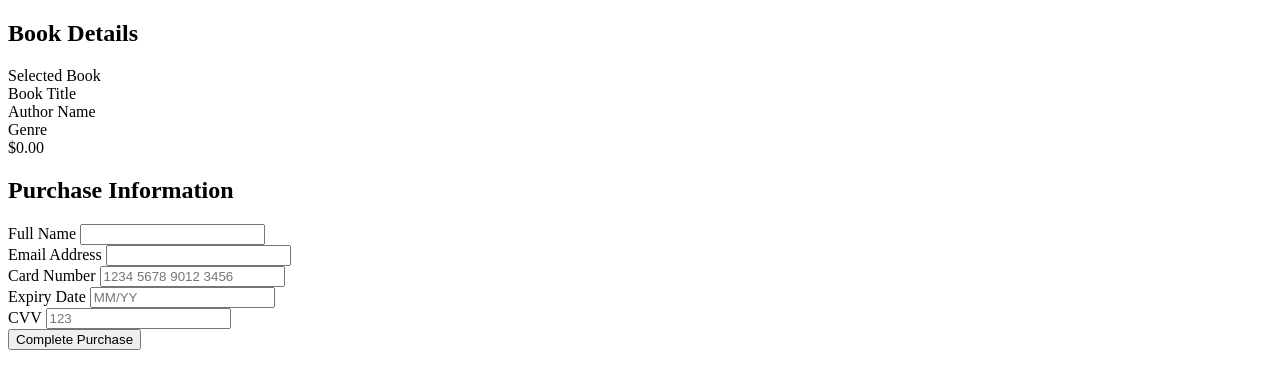
Repository: Ibrahim-Abohola/BookStore
Page: purchase.html
The author's editor kept a copy of each file at every save. The page is drawn from the files as they stood at one save, then again after a run of saves.
The browser window is 1280 px wide. The pictures show the whole page.

Above is the page before, as saved 2025-07-15 19:33:37.

### purchase.html
<!DOCTYPE html>
<html lang="en">
    <head>
    <meta charset="UTF-8">
    <meta name="viewport" content="width=device-width, initial-scale=1.0">
    <title>Purchase</title>
    </head>
    <body>
        <div class="purchase-container">
            <div class="container">
                <div class="purchase-content">
                    <div class="book-details">
                        <h2>Book Details</h2>
                        <div class="book-cover" id="purchase-cover">Selected Book</div>
                        <div class="book-info">
                            <div class="book-title" id="purchase-title">Book Title</div>
                            <div class="book-author" id="purchase-author">Author Name</div>
                            <div class="book-genre" id="purchase-genre">Genre</div>
                            <div class="price" id="purchase-price">$0.00</div>
                        </div>
                    </div>

                    <div class="purchase-form-container">
                        <form class="purchase-form">
                            <h2>Purchase Information</h2>
                            <div class="form-group">
                                <label for="customer-name">Full Name</label>
                                <input type="text" id="customer-name" name="customer-name" required>
                            </div>

                            <div class="form-group">
                                <label for="customer-email">Email Address</label>
                                <input type="email" id="customer-email" name="customer-email" required>
                            </div>

                            <div class="form-group">
                                <label for="card-number">Card Number</label>
                                <input type="text" id="card-number" name="card-number" placeholder="1234 5678 9012 3456" required>
                            </div>

                            <div class="form-group">
                                <label for="expiry">Expiry Date</label>
                                <input type="text" id="expiry" name="expiry" placeholder="MM/YY" required>
                            </div>

                            <div class="form-group">
                                <label for="cvv">CVV</label>
                                <input type="text" id="cvv" name="cvv" placeholder="123" required>
                            </div>

                            <button type="submit" class="purchase-btn">Complete Purchase</button>
                        </form>
                    </div>
                </div>
            </div>
        </div>
    </body>
</html>

After the next 2 saves:
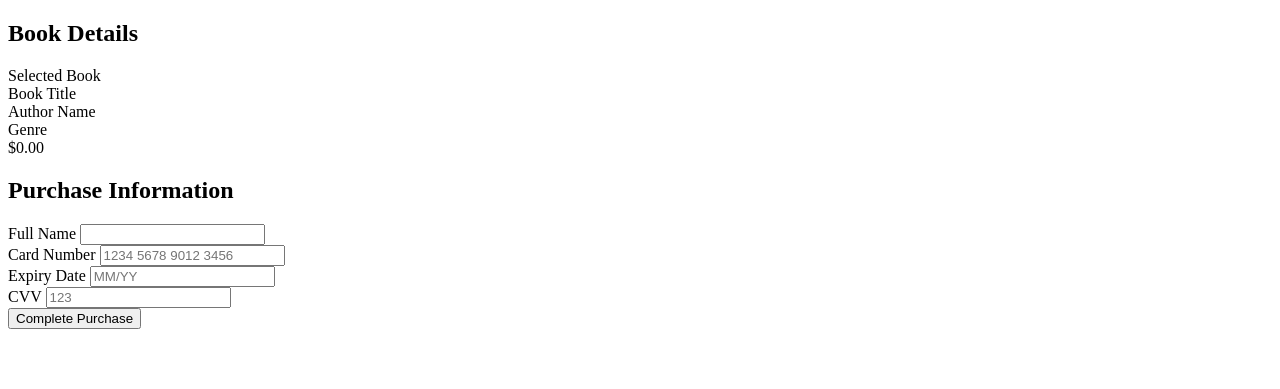
The 2 saves are shown as one change because they came seconds apart.
The last was saved 13 s later.
--- a/purchase.html
+++ b/purchase.html
@@ -27,12 +27,6 @@
                                 <label for="customer-name">Full Name</label>
                                 <input type="text" id="customer-name" name="customer-name" required>
                             </div>
-
-                            <div class="form-group">
-                                <label for="customer-email">Email Address</label>
-                                <input type="email" id="customer-email" name="customer-email" required>
-                            </div>
-
                             <div class="form-group">
                                 <label for="card-number">Card Number</label>
                                 <input type="text" id="card-number" name="card-number" placeholder="1234 5678 9012 3456" required>
